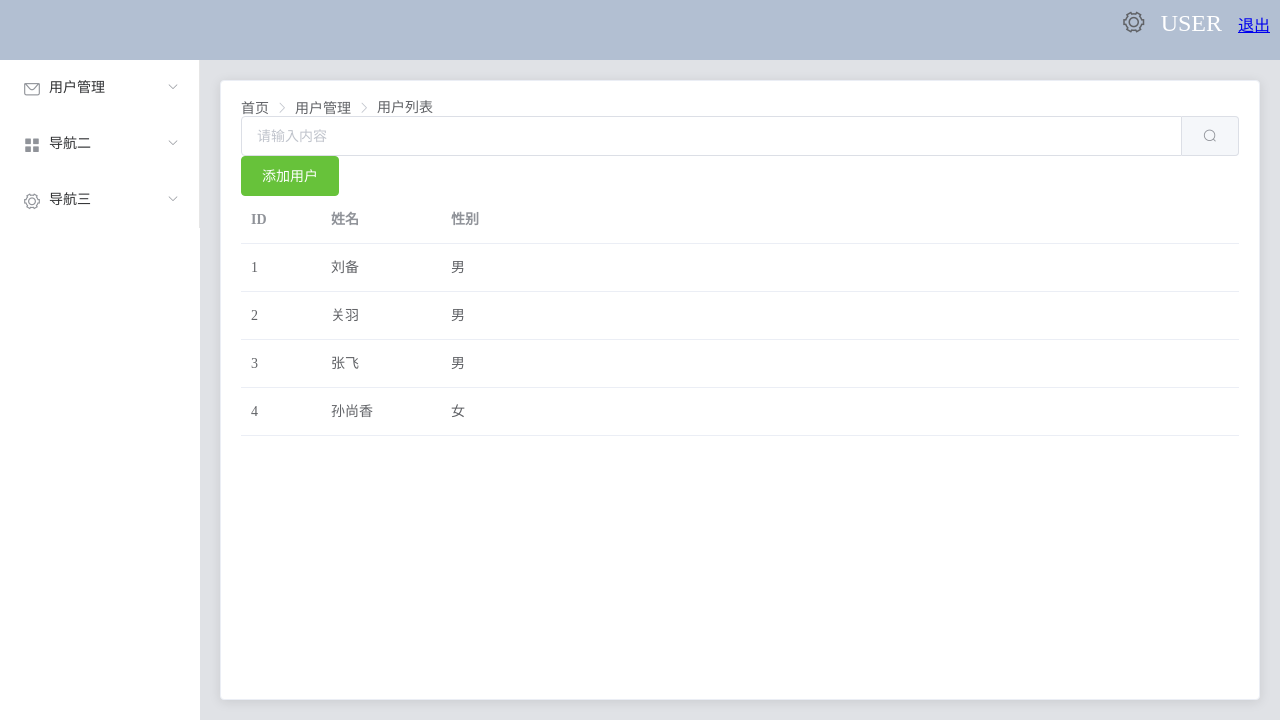
Repository: euphor1azzy/testlist
Page: /#/users (app in list/)
These files come from the project's save history. The page is drawn as it stood at one moment and after the next save; the edit follows.
The browser window is 1280 px wide. The pictures show the whole page.
The project was rebuilt for these pictures with package versions that can differ from the ones it lists, and the page was loaded fresh each time. Requests to the local data server were answered from the project's data file. Also part of the build but not shown: list/src/utils/validate.js, list/src/views/login/login.vue.

Above is the page before, as saved 2020-08-27 15:23:39.

After the next save:
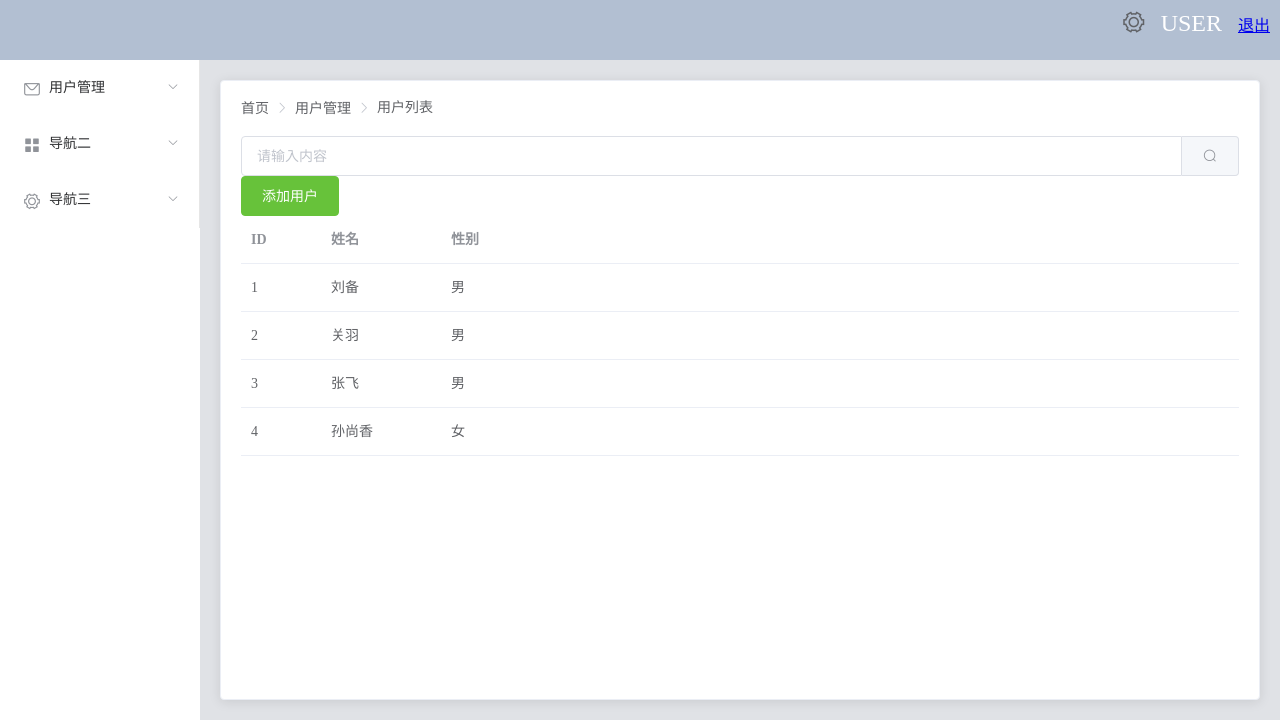
Saved 117 s later.
--- a/list/src/components/users/users.vue
+++ b/list/src/components/users/users.vue
@@ -10,7 +10,7 @@
 
     <!-- 搜索 -->
 
-    <el-row class="searchC">
+    <el-row class="searchRow">
       <el-col >
         <el-input placeholder="请输入内容" v-model="query" class="inputSearch">
           <el-button slot="append" icon="el-icon-search"></el-button>
@@ -59,11 +59,11 @@ created() {
 
 }
 .inputSearch {
-  width: 100px;
+  width: 300px;
+}
+.searchRow{
+  margin-top: 20px;
 }
 
-.btn-adduser{
-  margin: 10px;
-  display: inline-flex;
-}
+
 </style>
